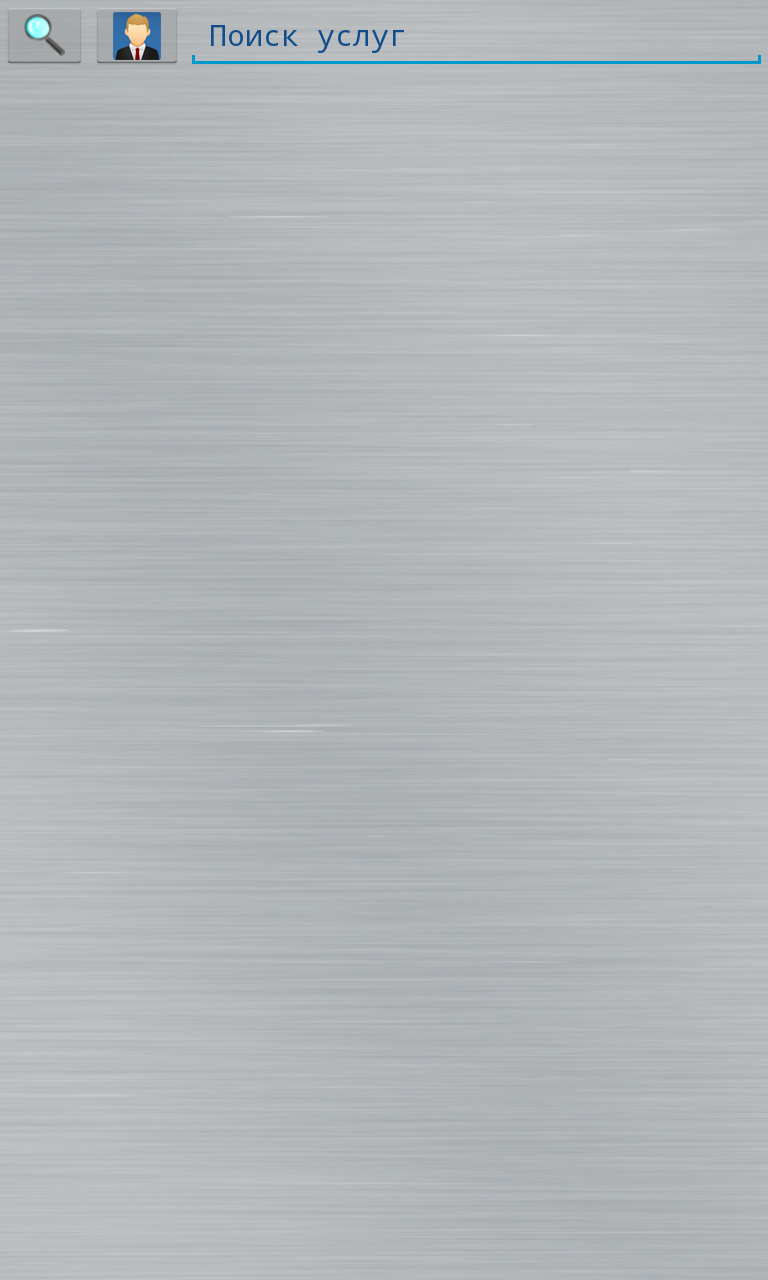
Repository: complexityclass/GosClient
Layout: Client/res/layout/listview_searchbar_layout.xml
These files come from the project's save history. The layout is drawn as it stood at one moment and after the next save; the edit follows.
It is drawn on a 768 x 1280 px phone screen (xhdpi) without system bars, with theme AppTheme; the app's code is not run. Lists and similar views that code fills are empty.

Above is the layout before, as saved 2013-05-23 06:24:46.

### Client/res/layout/listview_searchbar_layout.xml
<?xml version="1.0" encoding="utf-8"?>
<RelativeLayout xmlns:android="http://schemas.android.com/apk/res/android"
    android:layout_width="fill_parent"
    android:layout_height="fill_parent"
    android:background="@drawable/back">

    <EditText
        android:id="@+id/editText1"
        android:layout_width="132dp"
        android:layout_height="wrap_content"
        android:layout_alignParentRight="true"
        android:layout_alignParentTop="true"
        android:layout_toRightOf="@+id/imageButton1"
        android:cursorVisible="false"
        android:ems="10"
        android:singleLine="true"
        android:text="Поиск услуг"
        android:textColor="#104E8B"
        android:textSize="15sp"
        android:typeface="monospace" >

        <requestFocus />
    </EditText>

    <ListView
        android:id="@+id/listView1"
        android:layout_width="fill_parent"
        android:layout_height="wrap_content"
        android:layout_alignParentLeft="true"
        android:layout_below="@+id/editText1" >
    </ListView>

    <ImageButton
        android:id="@+id/ImageButton01"
        android:layout_width="wrap_content"
        android:layout_height="wrap_content"
        android:layout_above="@+id/listView1"
        android:layout_alignParentLeft="true"
        android:layout_alignParentTop="true"
        android:src="@drawable/magnifier" />

    <ImageButton
        android:id="@+id/imageButton1"
        android:layout_width="wrap_content"
        android:layout_height="wrap_content"
        android:layout_alignBottom="@+id/ImageButton01"
        android:layout_alignParentTop="true"
        android:layout_toRightOf="@+id/ImageButton01"
        android:src="@drawable/avatar" />

</RelativeLayout>

Loaded but not shown: Client/res/values-v11/styles.xml (common file); Client/res/values-v14/styles.xml (common file); Client/res/values/styles.xml (common file)

After the next save:
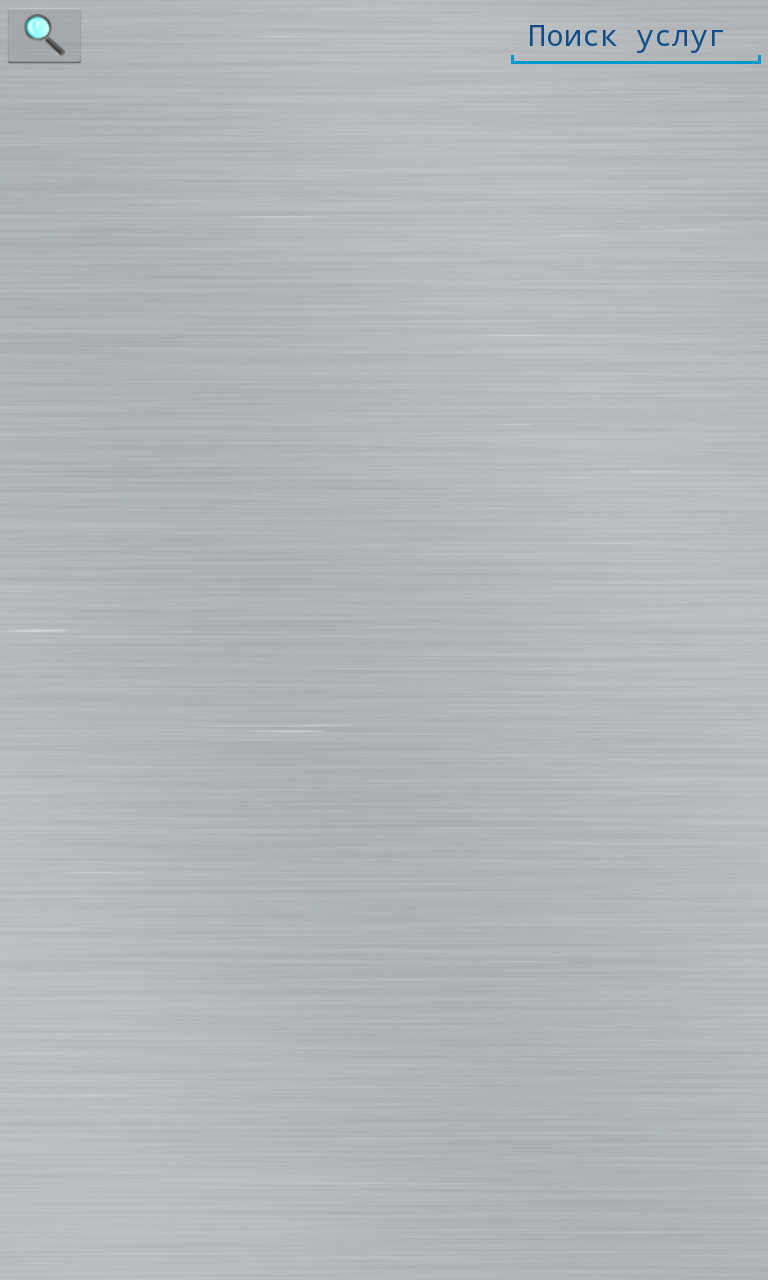
Saved 10 min 21 s later.
--- a/Client/res/layout/listview_searchbar_layout.xml
+++ b/Client/res/layout/listview_searchbar_layout.xml
@@ -39,13 +39,6 @@
         android:layout_alignParentTop="true"
         android:src="@drawable/magnifier" />
 
-    <ImageButton
-        android:id="@+id/imageButton1"
-        android:layout_width="wrap_content"
-        android:layout_height="wrap_content"
-        android:layout_alignBottom="@+id/ImageButton01"
-        android:layout_alignParentTop="true"
-        android:layout_toRightOf="@+id/ImageButton01"
-        android:src="@drawable/avatar" />
+
 
 </RelativeLayout>
